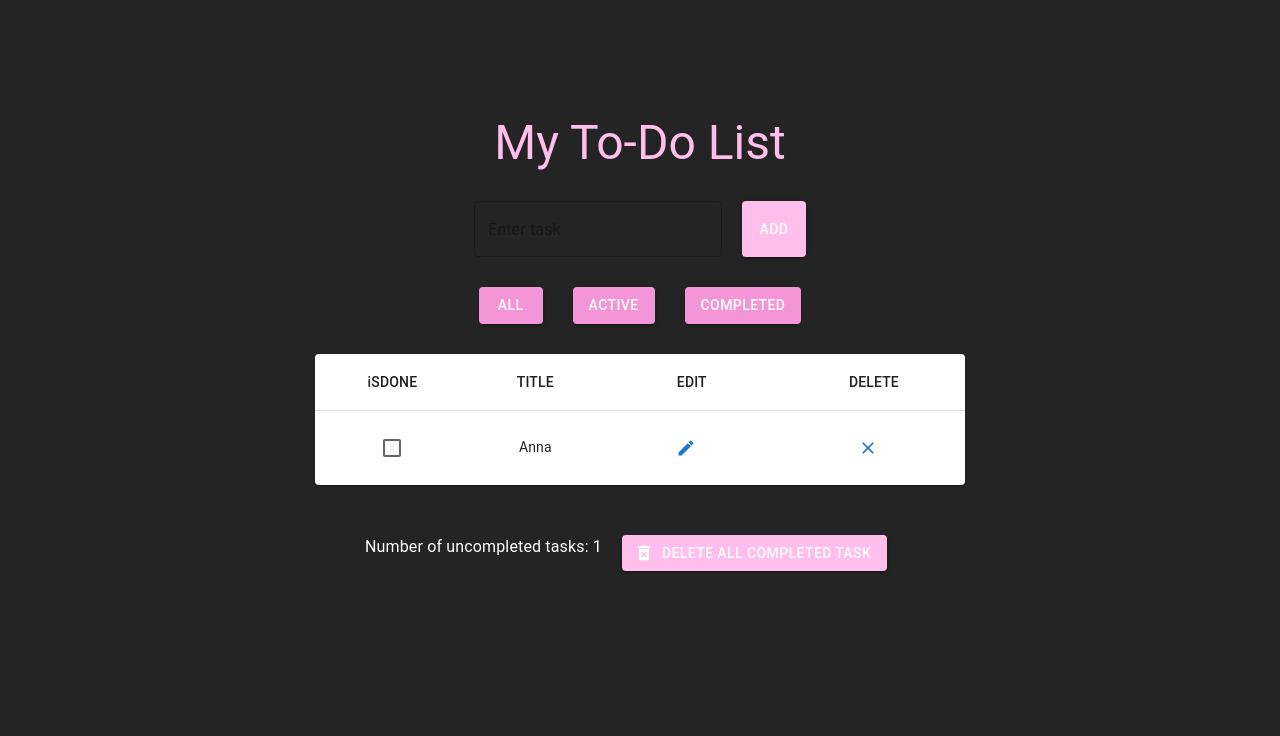
Repository: savannaaaas/ToDo_List
Page: /
An editor plug-in stored every save of this project. The page is shown before and after a run of saves, followed by the edit.
The browser window is 1280 px wide. The pictures show the whole page.
The project was rebuilt for these pictures with package versions that can differ from the ones it lists, and the page was loaded fresh each time. Also part of the build but not shown: vite.config.js.

Above is the page before, as saved 2025-08-10 20:07:27.

### src/main.jsx
import { StrictMode } from "react";
import { createRoot } from "react-dom/client";
import { TaskProvider } from "./provider/TaskProvider.jsx";
import App from "./App.jsx";
import "./index.css";

createRoot(document.getElementById("root")).render(
  <StrictMode>
    <TaskProvider>
      <App />
    </TaskProvider>
  </StrictMode>
);

### src/provider/TaskProvider.jsx
import { TaskContext } from "../context/TaskContext";
import { useState, useEffect } from "react";
export const TaskProvider = ({ children }) => {
  const [tasks, setTasks] = useState(() => {
    const saved = localStorage.getItem("tasks");
    return saved
      ? JSON.parse(saved)
      : [{ id: 1, title: "Anna", isDone: false }];
  });
  useEffect(() => {
    localStorage.setItem("tasks", JSON.stringify(tasks));
  }, [tasks]);
  return (
    <TaskContext.Provider value={{ tasks, setTasks }}>
      {children}
    </TaskContext.Provider>
  );
};

### src/App.jsx
import { Header } from "./components/Header";
import { AddTask } from "./components/AddTask";
import { ShowTasks } from "./components/ShowTasks";
import { FilterTask } from "./components/FiterTasks";
import "./index.css";

function App() {
  return (
    <div className="toDo-list">
      <Header />
      <AddTask />
      <FilterTask />
      <ShowTasks />
    </div>
  );
}

export default App;

### src/index.css
:root {
  font-family: system-ui, Avenir, Helvetica, Arial, sans-serif;
  line-height: 1.5;
  font-weight: 400;
  background-color: #242424;
}


.toDo-list{
  display: flex;
  flex-direction: column;
  justify-content: center;
  align-items: center;
  min-height: 100vh;
  width: 100%;
  margin: 0 auto;
  box-sizing: border-box;
  gap: 30px;
}
.form{
  display: flex;
  flex-direction: row;
  gap: 20px;
}

### src/context/TaskContext.jsx
import { createContext } from "react";
export const TaskContext = createContext();

### src/components/Header.jsx
import { Typography } from "@mui/material";
export const Header = () => {
  return (
    <Typography variant="h3" sx={{ color: "#ffbeec" }}>
      My To-Do List
    </Typography>
  );
};

### src/components/AddTask.jsx
import { Controller } from "react-hook-form";
import { useForm } from "react-hook-form";
import { schema } from "../schema/shema";
import { yupResolver } from "@hookform/resolvers/yup";
import { Button, TextField } from "@mui/material";
import { useContext, useEffect } from "react";
import { TaskContext } from "../context/TaskContext";

export const AddTask = () => {
  const { tasks, setTasks } = useContext(TaskContext);
  const {
    control,
    handleSubmit,
    formState: { errors },
    reset,
  } = useForm({
    defaultValues: {
      title: "",
    },
    resolver: yupResolver(schema),
    mode: "onTouched",
  });
  const handleInputSubmit = (data) => {
    console.log(data);
    const task = {
      id: crypto.randomUUID(),
      title: data.title,
      isDone: data.isDone,
    };
    const updateTask = [...tasks, task];
    setTasks(updateTask);
    localStorage.setItem("tasks", JSON.stringify(updateTask));
    reset();
  };
  return (
    <form onSubmit={handleSubmit(handleInputSubmit)} className="form">
      <Controller
        name="title"
        control={control}
        defaultValue=""
        render={({ field }) => {
          return (
            <TextField
              {...field}
              placeholder="Enter task"
              helperText={errors.title?.message}
              error={!!errors.title}
              sx={{ color: "#ffbeec" }}
              color="secondary"
            />
          );
        }}
      />
      <Button
        variant="contained"
        sx={{ backgroundColor: "#ffbeec" }}
        type="submit"
      >
        Add
      </Button>
    </form>
  );
};

### src/components/ShowTasks.jsx
import { useContext, useState } from "react";
import { TaskContext } from "../context/TaskContext";
import { Task } from "./Task";
import Table from "@mui/material/Table";
import TableBody from "@mui/material/TableBody";
import TableCell from "@mui/material/TableCell";
import TableContainer from "@mui/material/TableContainer";
import TableHead from "@mui/material/TableHead";
import TableRow from "@mui/material/TableRow";
import Paper from "@mui/material/Paper";
import { Button, Checkbox, Typography } from "@mui/material";
import DeleteForeverIcon from "@mui/icons-material/DeleteForever";

export const ShowTasks = () => {
  const { tasks, setTasks } = useContext(TaskContext);
  const handleDeleteAllTask = () => {
    setTasks((prevTask) => prevTask.filter((task) => !task.isDone));
  };
  const uncompletedTask = tasks.filter((task) => !task.isDone).length;
  return (
    <div>
      {" "}
      <TableContainer component={Paper}>
        <Table sx={{ minWidth: 650 }} aria-label="simple table">
          <TableHead>
            <TableRow>
              <TableCell align="center">iSDONE</TableCell>
              <TableCell align="center">TITLE</TableCell>
              <TableCell align="center">EDIT</TableCell>
              <TableCell align="center">DELETE</TableCell>
            </TableRow>
          </TableHead>
          <TableBody>
            {tasks.map((task) => {
              return <Task task={task} key={task.id} />;
            })}
          </TableBody>
        </Table>
      </TableContainer>
      <div
        style={{
          display: "flex",
          flexDirection: "row",
          gap: "20px",
          margin: "50px",
        }}
      >
        <Typography sx={{ color: "white" }}>
          Number of uncompleted tasks: {uncompletedTask}
        </Typography>
        <Button
          variant="contained"
          startIcon={<DeleteForeverIcon />}
          sx={{ backgroundColor: "#ffbeec" }}
          onClick={handleDeleteAllTask}
        >
          Delete All completed task
        </Button>
      </div>
    </div>
  );
};

### src/components/FiterTasks.jsx
import { Button } from "@mui/material";
import { useState } from "react";

export const FilterTask = () => {
  const [filterTask, setFilterTask] = useState("all");
  return (
    <div style={{ display: "flex", flexDirection: "row", gap: "30px" }}>
      <Button variant="contained" sx={{ backgroundColor: "#f495d7ff" }}>
        All
      </Button>
      <Button variant="contained" sx={{ backgroundColor: "#f495d7ff" }}>
        Active
      </Button>
      <Button variant="contained" sx={{ backgroundColor: "#f495d7ff" }}>
        Completed
      </Button>
    </div>
  );
};

### src/schema/shema.js
import * as yup from "yup";
export const schema = yup.object().shape({
  title: yup
    .string()
    .trim()
    .min(1, "The task must be more than 1 character long.")
    .required("This field is required")
    .test((value) => /^\S+$/.test(value)),
});

### src/components/Task.jsx
import { useState } from "react";
import { Checkbox } from "@mui/material";
import TableCell from "@mui/material/TableCell";
import TableRow from "@mui/material/TableRow";
import { useContext } from "react";
import { TaskContext } from "../context/TaskContext";
import ClearIcon from "@mui/icons-material/Clear";
import { Button, Input } from "@mui/material";
import ModeIcon from "@mui/icons-material/Mode";
import SaveAltIcon from "@mui/icons-material/SaveAlt";

export const Task = ({ task }) => {
  const { tasks, setTasks } = useContext(TaskContext);
  const [editTask, setEditTask] = useState(false);
  const [editTitleTask, setEditTitleTask] = useState(task.title);

  const handleChangeChecked = (id) => {
    setTasks((prevTask) =>
      prevTask.map((task) =>
        task.id === id ? { ...task, isDone: !task.isDone } : task
      )
    );
  };
  const handleDeleteTask = (id) => {
    setTasks((prevTask) => prevTask.filter((task) => task.id !== id));
  };
  const handleNewTitleTask = (id, newTitle) => {
    setTasks((prevTask) =>
      prevTask.map((task) =>
        task.id === id ? { ...task, title: newTitle } : task
      )
    );
  };

  const handleEditTask = (id) => {
    if (task.id === id) {
      setEditTask(!editTask);
    }
    if (editTask) {
      handleNewTitleTask(task.id, editTitleTask);
    }
  };

  return (
    <TableRow
      key={task.id}
      sx={{ "&:last-child td, &:last-child th": { border: 0 } }}
    >
      <TableCell align="center">
        <Checkbox
          checked={task.isDone ?? false}
          onChange={() => handleChangeChecked(task.id)}
        />
      </TableCell>
      <TableCell
        align="center"
        sx={{ textDecoration: task.isDone ? "line-through" : "none" }}
      >
        {editTask ? (
          <Input
            value={editTitleTask}
            onChange={(e) => setEditTitleTask(e.target.value)}
            // onKeyDown={handleEditTitleTask}
          />
        ) : (
          task.title
        )}
      </TableCell>
      <TableCell align="center">
        <Button
          startIcon={editTask ? <SaveAltIcon /> : <ModeIcon />}
          onClick={() => handleEditTask(task.id)}
        />
      </TableCell>
      <TableCell align="center">
        <Button
          startIcon={<ClearIcon />}
          onClick={() => handleDeleteTask(task.id)}
        />
      </TableCell>
    </TableRow>
  );
};

Loaded but not shown: index.html (common file)

After the next 2 saves:
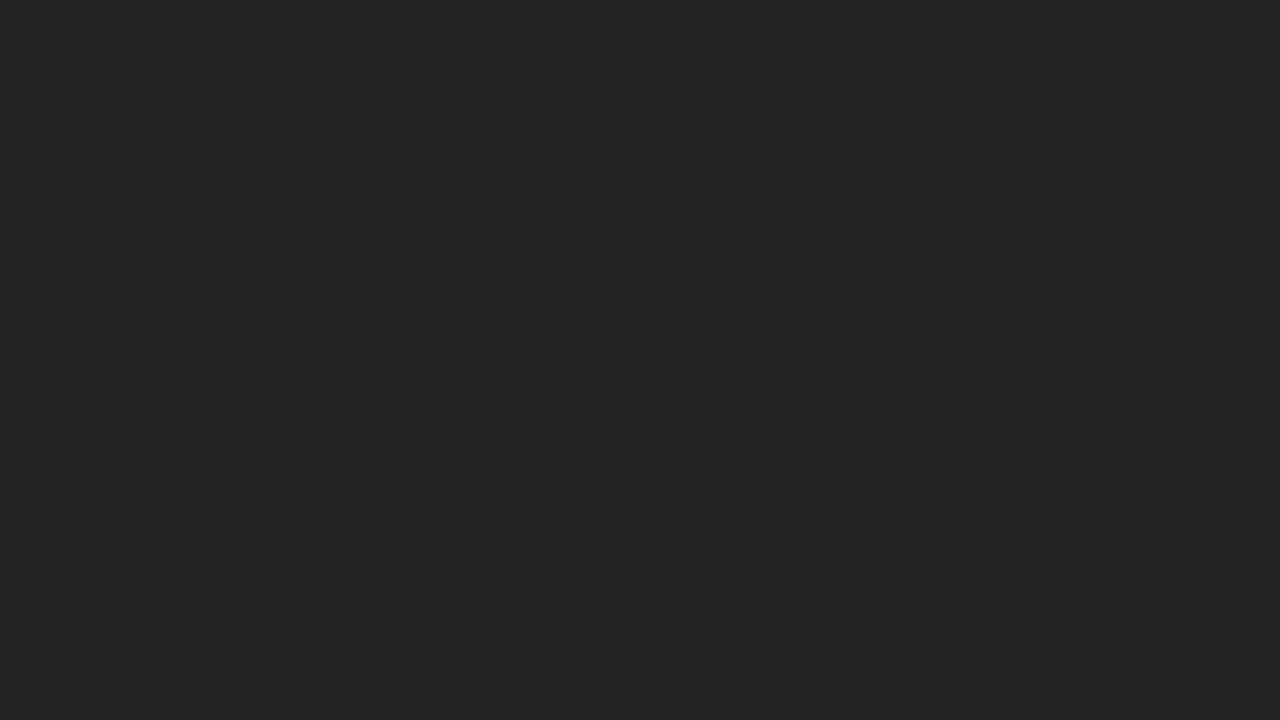
Console error: ReferenceError: handleFilterTask is not defined
The 2 saves are shown as one change because 1 did not build or start.
The last was saved 3 min 52 s later.
--- a/src/components/FiterTasks.jsx
+++ b/src/components/FiterTasks.jsx
@@ -5,7 +5,11 @@
   const [filterTask, setFilterTask] = useState("all");
   return (
     <div style={{ display: "flex", flexDirection: "row", gap: "30px" }}>
-      <Button variant="contained" sx={{ backgroundColor: "#f495d7ff" }}>
+      <Button
+        variant="contained"
+        sx={{ backgroundColor: "#f495d7ff" }}
+        onClick={handleFilterTask}
+      >
         All
       </Button>
       <Button variant="contained" sx={{ backgroundColor: "#f495d7ff" }}>

After the save that followed:
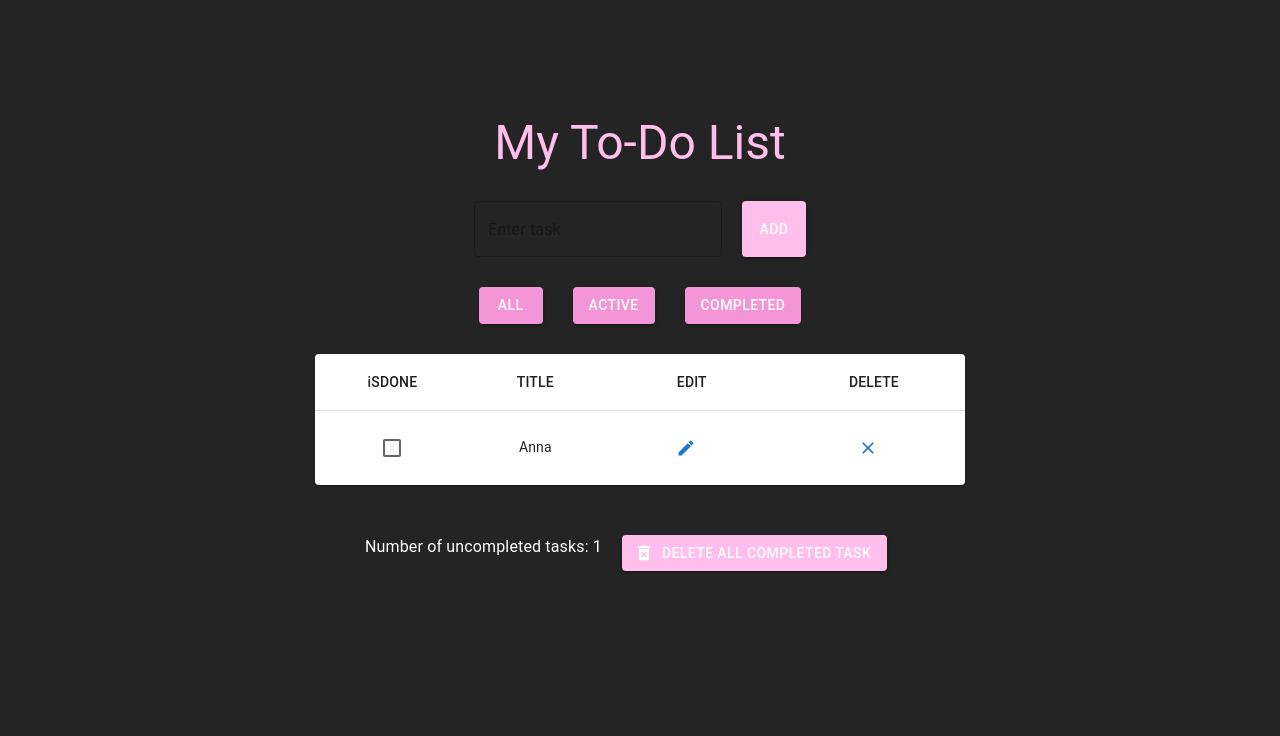
The error is gone.
Saved 11 s later.
--- a/src/components/FiterTasks.jsx
+++ b/src/components/FiterTasks.jsx
@@ -3,6 +3,7 @@
 
 export const FilterTask = () => {
   const [filterTask, setFilterTask] = useState("all");
+  const handleFilterTask = () => {};
   return (
     <div style={{ display: "flex", flexDirection: "row", gap: "30px" }}>
       <Button
